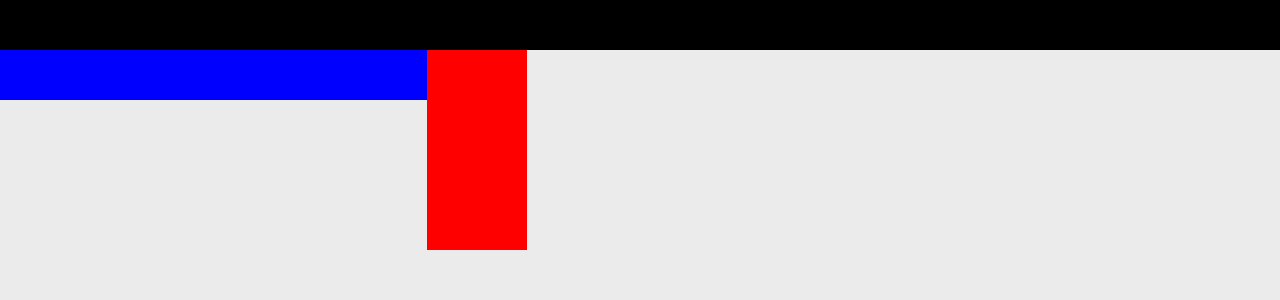
Repository: 777hanh777hanh/test
Page: index.html
The author's editor kept a copy of each file at every save. The page is drawn from the files as they stood at one save, then again after the next save.
The browser window is 1280 px wide. The pictures show the whole page.

Above is the page before, as saved 2023-06-30 16:52:55.

After the next save:
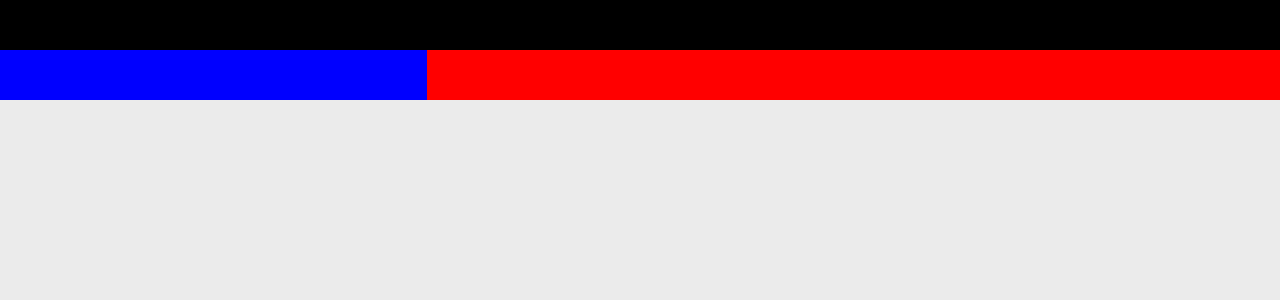
Saved 14 s later.
--- a/assets/css/style.css
+++ b/assets/css/style.css
@@ -49,21 +49,16 @@ html *::-webkit-scrollbar-track {
 }
 
 .url-block {
-    display: inline-block;
     grid-area: aa;
     background: #000;
 }
 
 .giftCode-block {
-    display: inline-block;
     grid-area: bb;
     background: blue;
 }
 
 .result-block {
     grid-area: cc;
-    display: inline-block;
     background: red;
-    width: 100px;
-    height: 200px;
 }
